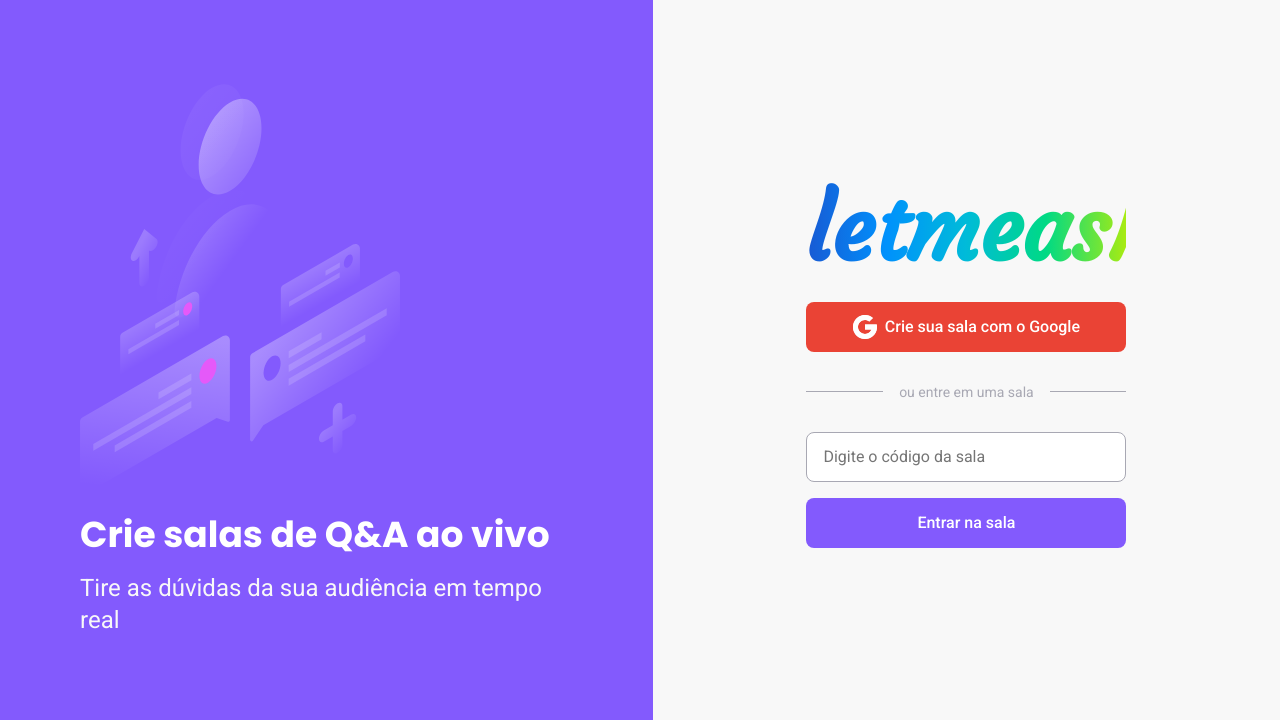
Repository: joaovnogueira/letmeask
Page: /
The author's editor kept a copy of each file at every save. The page is drawn from the files as they stood at one save, then again after the next save.
The browser window is 1280 px wide. The pictures show the whole page.
The project was rebuilt for these pictures with package versions that can differ from the ones it lists, and the page was loaded fresh each time. A package was used in the major version that the imports need, not the one package.json lists. Also part of the build but not shown: src/pages/NewRoom.tsx, src/components/Question.tsx, src/styles/room-code.scss, src/components/RoomCode.tsx, src/hooks/useRoom.tsx, src/styles/rooms.scss, src/pages/AdminRoom.tsx. Imported but missing from the stored project, and not drawn on this page: src/pages/Room.

Above is the page before, as saved 2022-03-12 15:19:31.

After the next save:
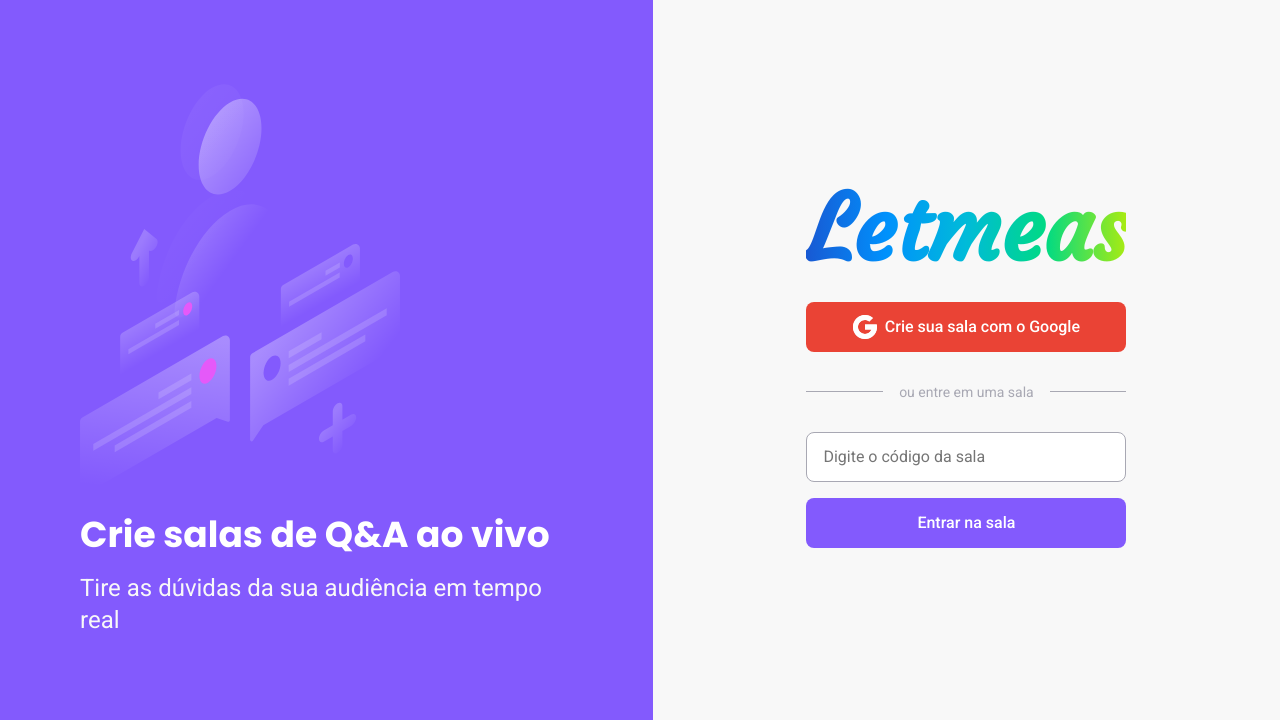
Saved 21 s later.
--- a/src/pages/Home.tsx
+++ b/src/pages/Home.tsx
@@ -62,7 +62,7 @@
             </aside>
             <main>
                 <div className="main-content">
-                    <h1 id='Logo'>letmeask</h1>
+                    <h1 id='Logo'>Letmeask</h1>
                     <button onClick={handleCreateRoom} className="create-room">
                         <img src={googleIconImage} alt="Logo do Google" />
                         Crie sua sala com o Google
